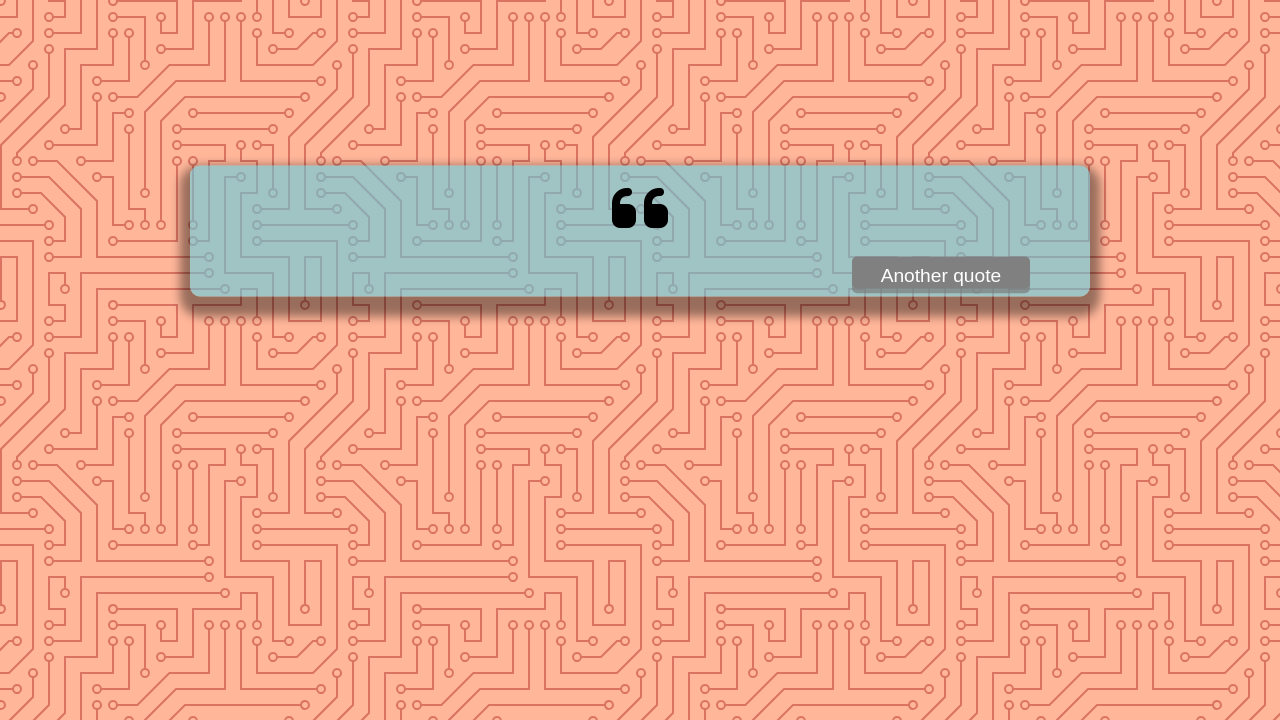
Repository: bmbrdr/QuoteGenerator
Page: index.html
These files come from the project's save history. The page is drawn as it stood at one moment and after the next save; the edit follows.
The browser window is 1280 px wide. The pictures show the whole page.
The page's requests for data from a server got no answer. Some web libraries are served in a nearby version.

Above is the page before, as saved 2021-12-24 21:17:04.

After the next save:
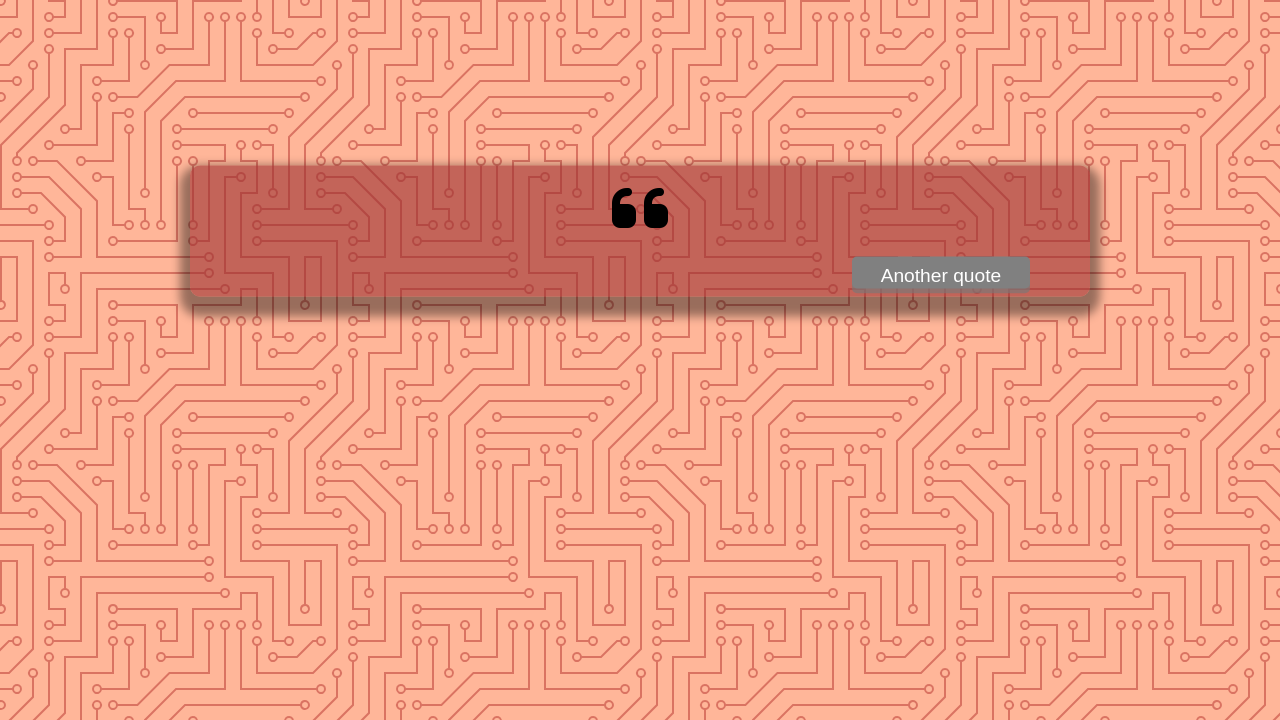
Saved 18 s later.
--- a/style.css
+++ b/style.css
@@ -34,7 +34,7 @@ body{
     max-width: 900px;
     padding: 10px 60px 40px;
     border-radius: 10px;
-    background-color: rgba( 97,203,225, .6);
+    background-color: rgba( 155,45,48, .6);
     box-shadow: 0 10px 10px 10px rgba(0,0,0, .4);
 }
 
